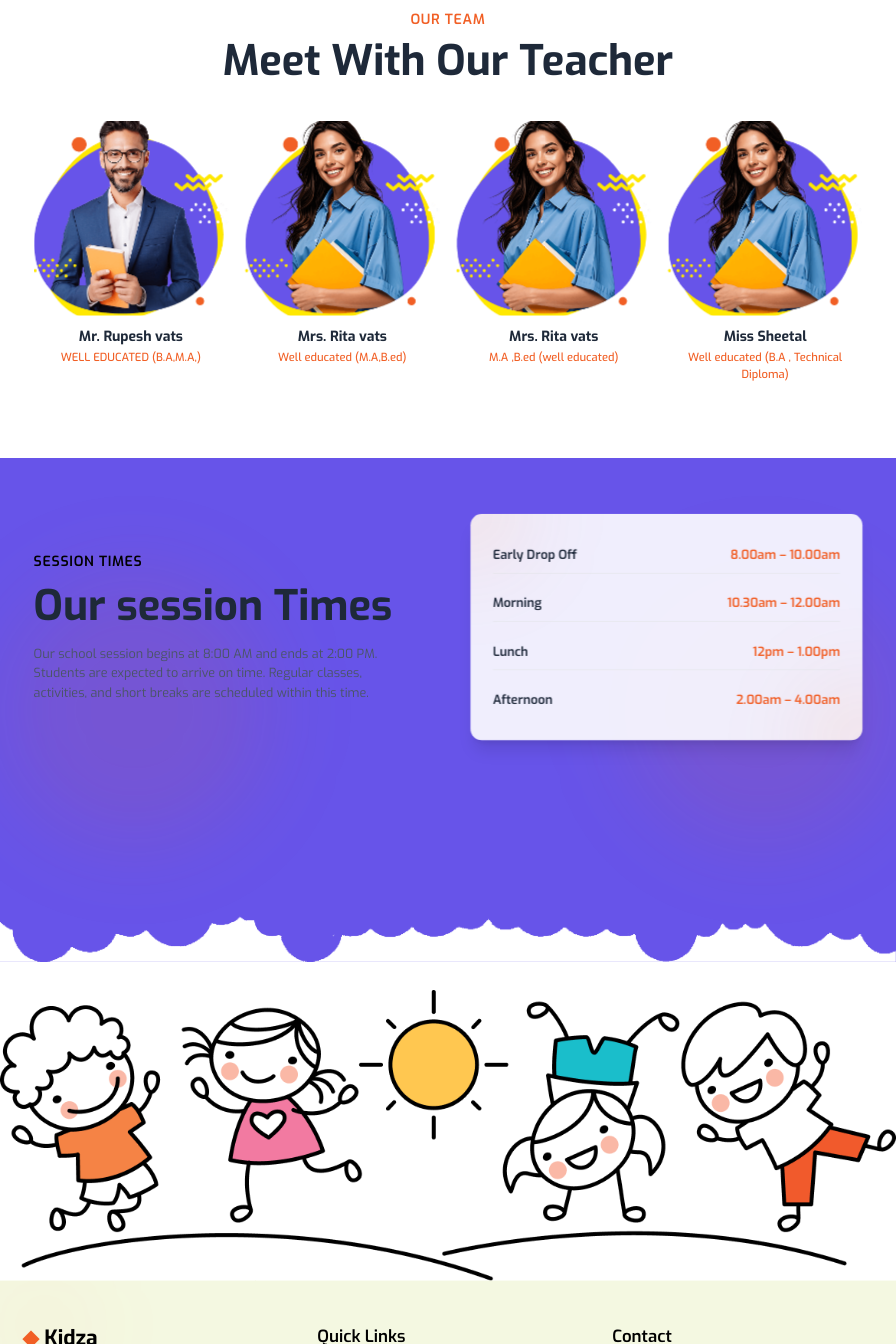
Repository: deepak445566/school
Page: / (app in okwork/)
These files come from the project's save history. The page is drawn as it stood at one moment and after the next save; the edit follows.
The browser window is 1280 px wide. The pictures show the part of the page from y = 2556 to 4476 px (the page is 4844 px tall), at 70% of full size.
Some web fonts or font styles are not loaded; a fallback is used. The project was rebuilt for these pictures with package versions that can differ from the ones it lists, and the page was loaded fresh each time. Some packages were replaced by stand-ins written for this rebuild. Also part of the build but not shown: okwork/vite.config.js.

Above is the page before, as saved 2026-02-18 20:32:22.

After the next save:
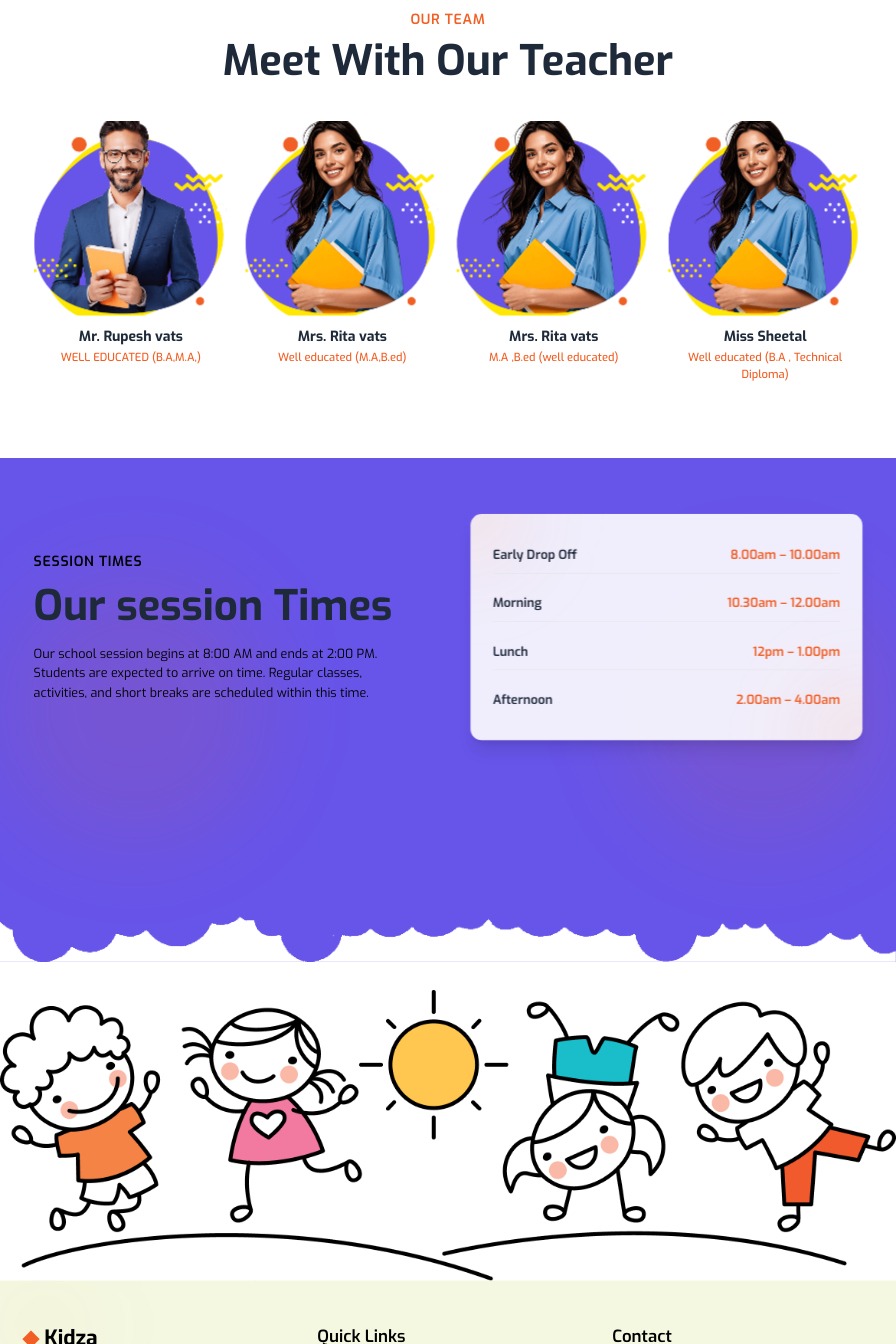
Saved 13 s later.
--- a/okwork/src/components/ScheduleSection.jsx
+++ b/okwork/src/components/ScheduleSection.jsx
@@ -22,7 +22,7 @@ const ScheduleSection = () => {
             <h1 className="text-3xl sm:text-4xl md:text-5xl lg:text-6xl font-bold text-gray-800 mb-4 leading-tight">
               Our session Times
             </h1>
-            <p className="text-gray-600 text-base md:text-lg max-w-lg mx-auto lg:mx-0">
+            <p className="text-black text-base md:text-lg max-w-lg mx-auto lg:mx-0">
              Our school session begins at 8:00 AM and ends at 2:00 PM. Students are expected to arrive on time. Regular classes, activities, and short breaks are scheduled within this time.
             </p>
           </div>
